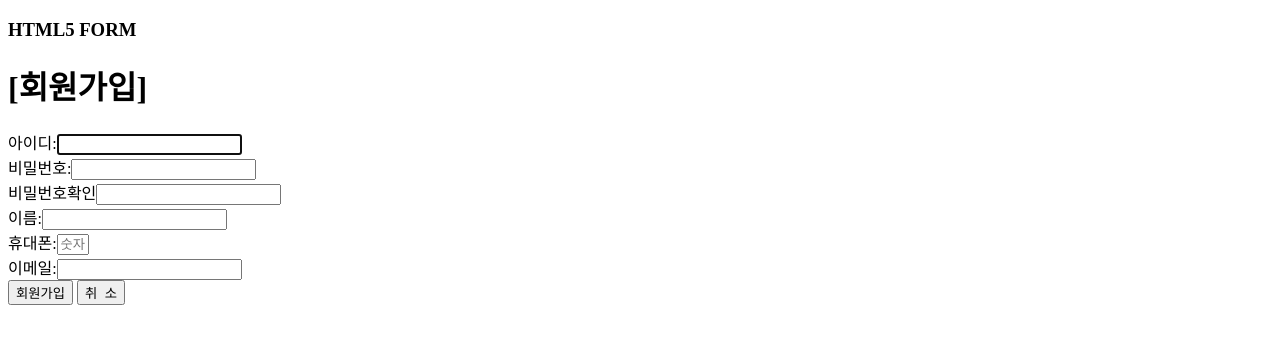
Repository: helloJunejun/WorkSpace_WebUi
Page: 0.3html5_form/src/main/webapp/sample_html5-1.html
These files come from the project's save history. The page is drawn as it stood at one moment and after the next save; the edit follows.
The browser window is 1280 px wide. The pictures show the whole page.

Above is the page before, as saved 2021-06-24 05:47:08.

After the next save:
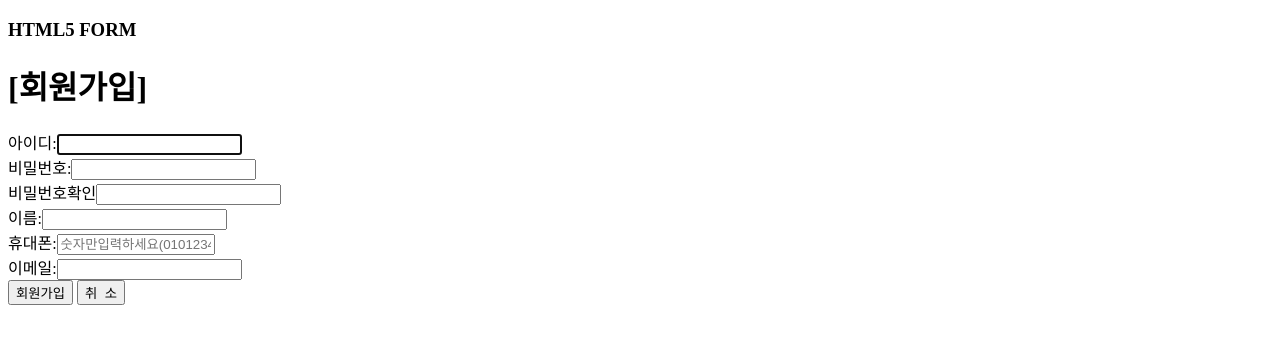
Saved 5 s later.
--- a/0.3html5_form/src/main/webapp/sample_html5-1.html
+++ b/0.3html5_form/src/main/webapp/sample_html5-1.html
@@ -21,7 +21,7 @@
 		휴대폰:<input type="text" name="mobile"
 				required="required"
 				placeholder="숫자만입력하세요(01012341234)"
-				style="width:24px;"><br>
+				style="width:150px;"><br>
 		이메일:<input type="text" name="email"
 				required="required"><br>
 
